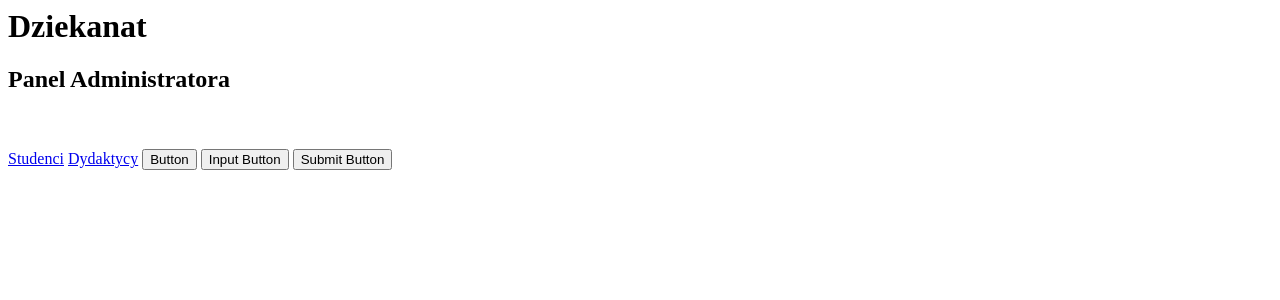
Repository: wojciechDrozd/php
Page: http://localhost/adminMenuBar.php
These files come from the project's save history. The page is drawn as it stood at one moment and after the next save; the edit follows.
The browser window is 1280 px wide. The pictures show the whole page.
The page is run by PHP 8.4 with error messages shown; the project is at /var/www/html/.

Above is the page before, as saved 2017-04-12 19:28:00.

After the next save:
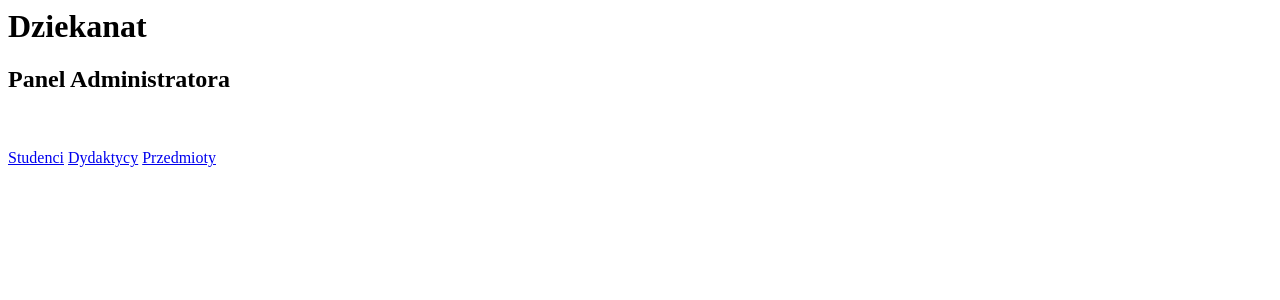
Saved 41 s later.
--- a/1/CRUDexample/adminMenuBar.php
+++ b/1/CRUDexample/adminMenuBar.php
@@ -9,9 +9,7 @@
 		<div class="container">
 			<a href="studentsTable.php" class="btn btn-info" role="button">Studenci</a>
 			<a href="teachersTable.php" class="btn btn-info" role="button">Dydaktycy</a>
-			<button type="button" class="btn btn-info">Button</button>
-			<input type="button" class="btn btn-info" value="Input Button"> <input
-				type="submit" class="btn btn-info" value="Submit Button">
+			<a href="classesTable.php" class="btn btn-info" role="button">Przedmioty</a>
 		</div>
 	</div>
 </div>
